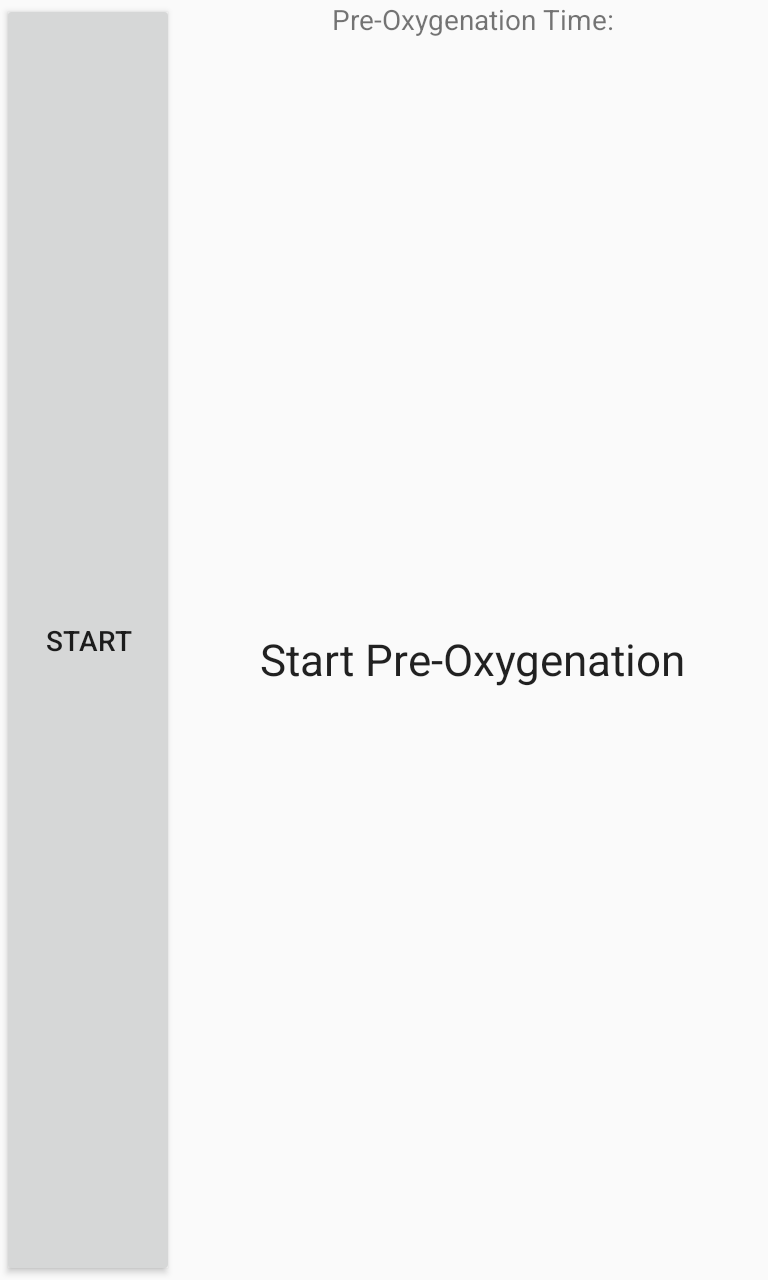
Repository: bentaylor42/RSIReady
Layout: RSIReady/res/layout/fragment_preo2_clock.xml
These files come from the project's save history. The layout is drawn as it stood at one moment and after the next save; the edit follows.
It is drawn on a 768 x 1280 px phone screen (xhdpi) without system bars, with theme AppTheme; the app's code is not run.

Above is the layout before, as saved 2014-08-10 14:41:37.

After the next save:
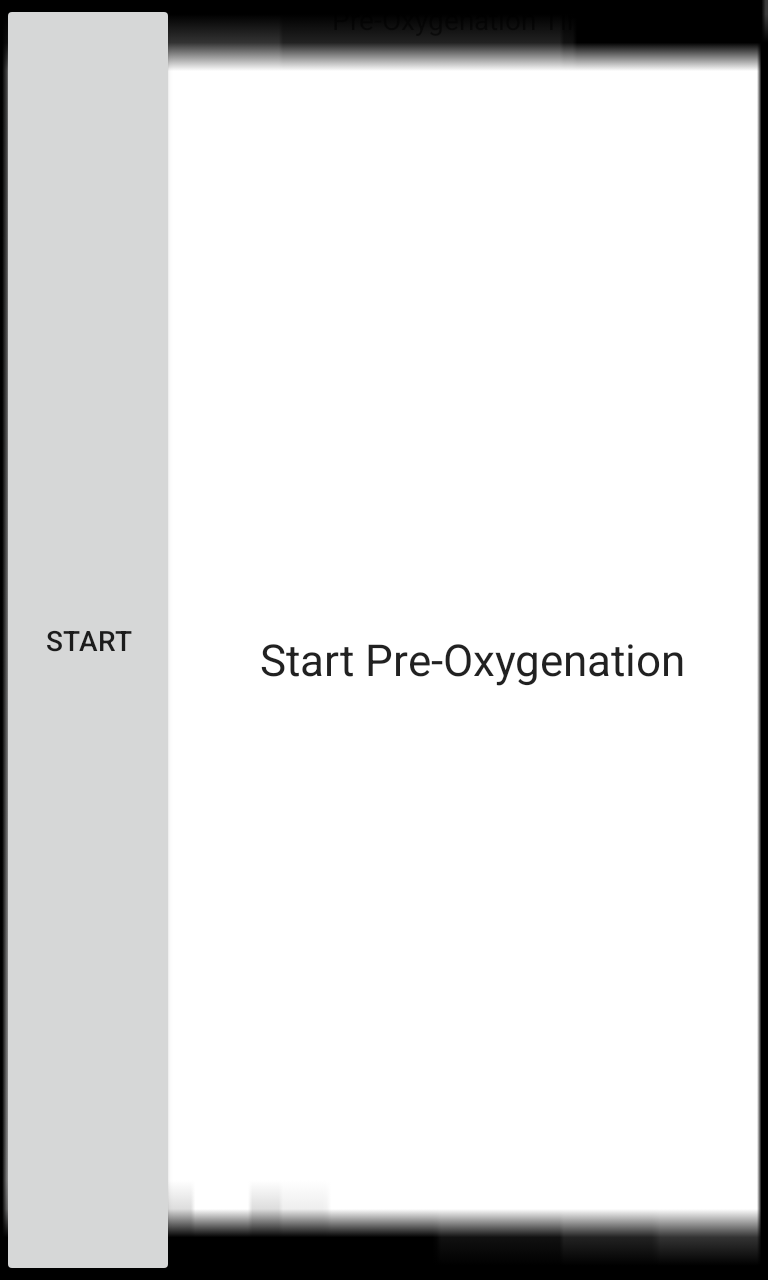
Saved 3 min 2 s later.
--- a/RSIReady/res/layout/fragment_preo2_clock.xml
+++ b/RSIReady/res/layout/fragment_preo2_clock.xml
@@ -1,7 +1,8 @@
 <?xml version="1.0" encoding="utf-8"?>
 <RelativeLayout xmlns:android="http://schemas.android.com/apk/res/android"
     android:layout_width="match_parent"
-    android:layout_height="60dp" >
+    android:layout_height="60dp"
+    android:background="@drawable/plain_border" >
 
     <Button
         android:id="@+id/buttonStartPreO2"
